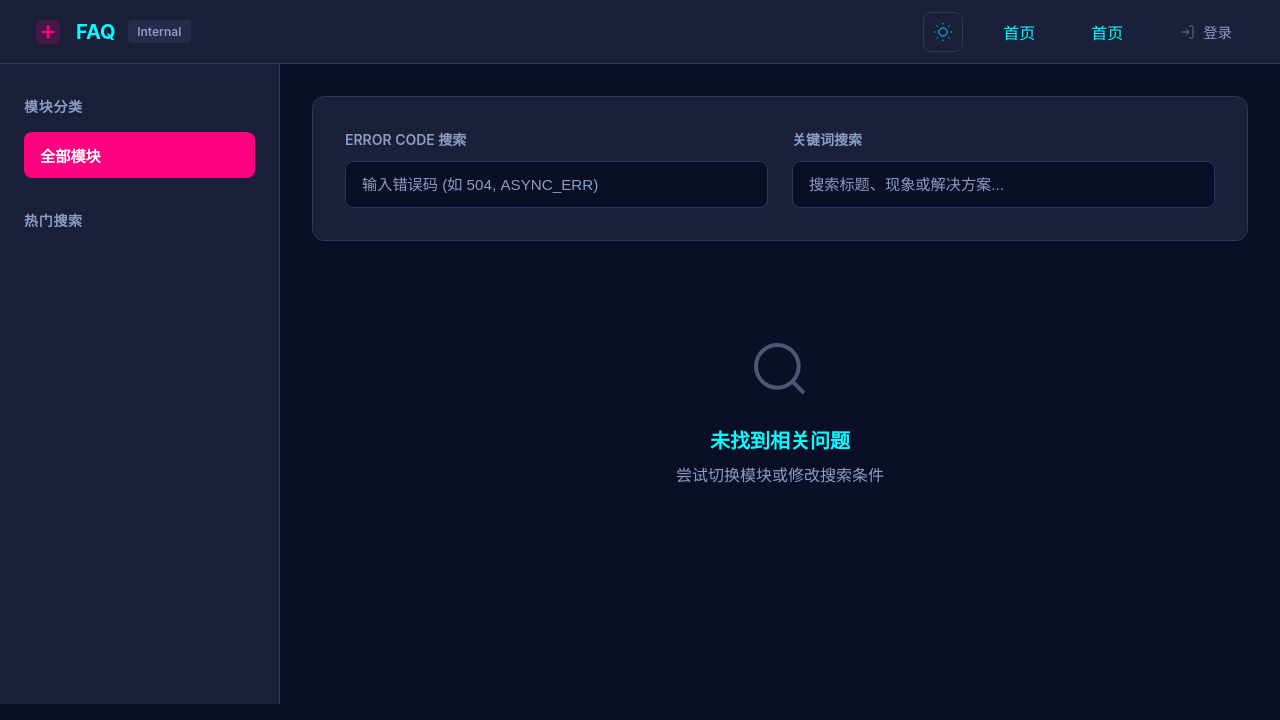
Repository: pomelo-ccc/monorepo_qa
Page: / (app in packages/client/)
These files come from the project's save history. The page is drawn as it stood at one moment and after the next save; the edit follows.
The browser window is 1280 px wide. The pictures show the whole page.
The page's requests for data from a server got no answer. The project was rebuilt for these pictures with package versions that can differ from the ones it lists, and the page was loaded fresh each time. No one was signed in, and anything a server would have sent is missing. Also part of the build but not shown: packages/client/angular.json, packages/client/src/app/faq-edit/faq-edit.component.ts, packages/client/src/app/models/config.ts, packages/client/src/app/faq-detail/faq-detail.component.ts, packages/client/src/app/login/login.component.ts, packages/client/src/app/admin/admin.component.ts, packages/client/src/app/admin/config-management/config-management.component.ts, packages/client/src/app/services/config.service.ts.

Above is the page before, as saved 2025-11-24 13:42:44.

After the next save:
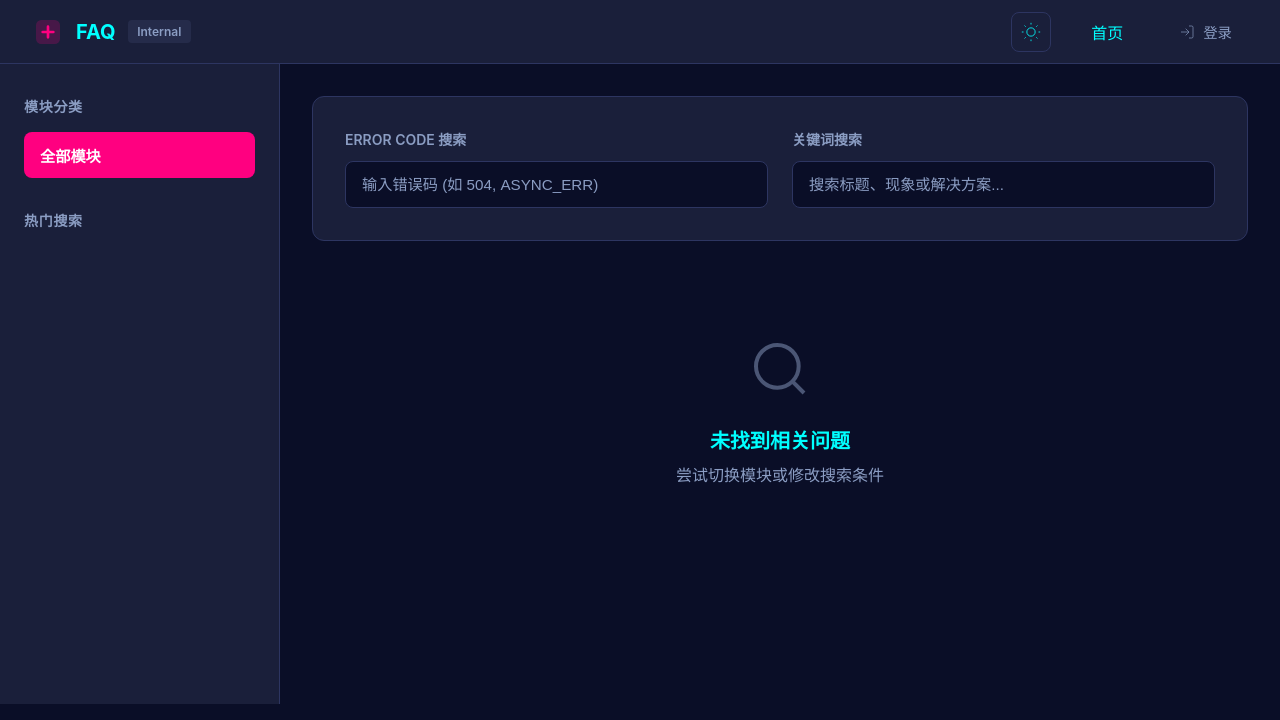
Saved 6 min 42 s later.
--- a/packages/client/src/app/app.component.ts
+++ b/packages/client/src/app/app.component.ts
@@ -59,8 +59,6 @@ import { AuthService } from './services/auth.service';
               </div>
             }
           </div>
-
-          <a routerLink="/" class="nav-link">首页</a>
 
           <a routerLink="/" class="nav-link">首页</a>
 
